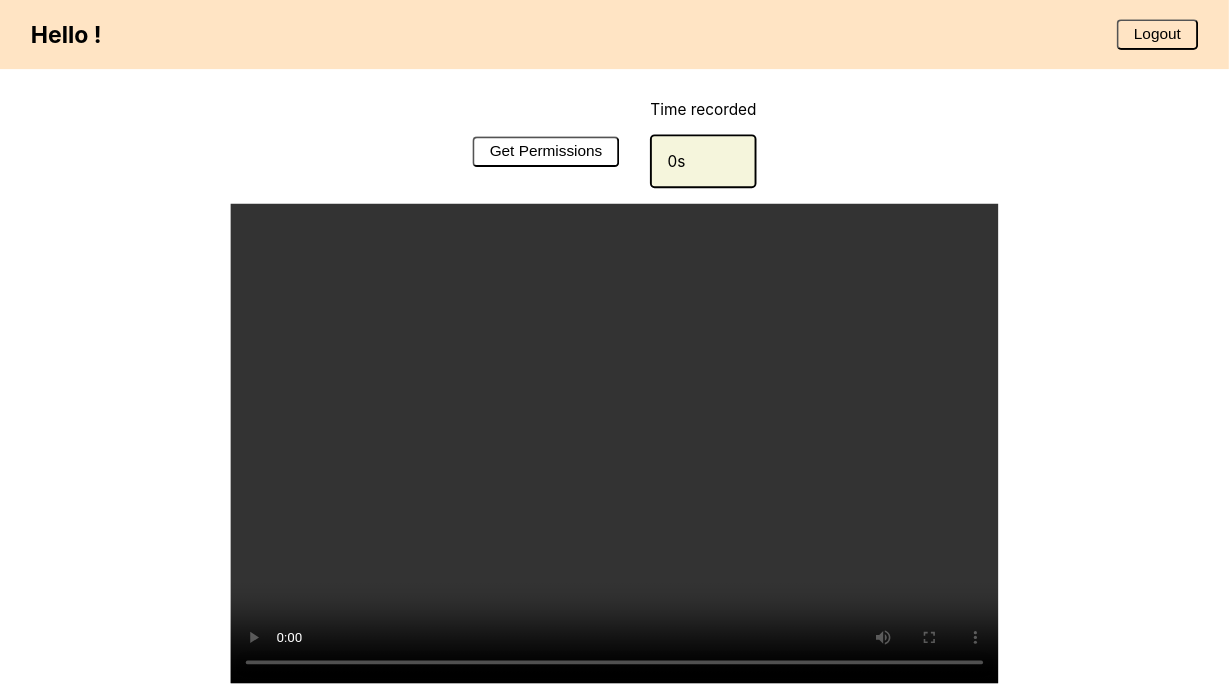
Repository: drumsmanku/test-1
Page: /recording (app in client/)
The author's editor kept a copy of each file at every save. The page is drawn from the files as they stood at one save, then again after the next save.
The browser window is 1280 px wide. The pictures show the whole page, at 96% of full size.
The project was rebuilt for these pictures with package versions that can differ from the ones it lists, and the page was loaded fresh each time. Also part of the build but not shown: client/src/App.css, client/src/Components/Login/Login.module.css, client/src/Components/Login/Login.js, client/src/Components/Register/Register.module.css, client/src/Components/Register/Register.js.

Above is the page before, as saved 2023-09-01 14:33:38.

After the next save:
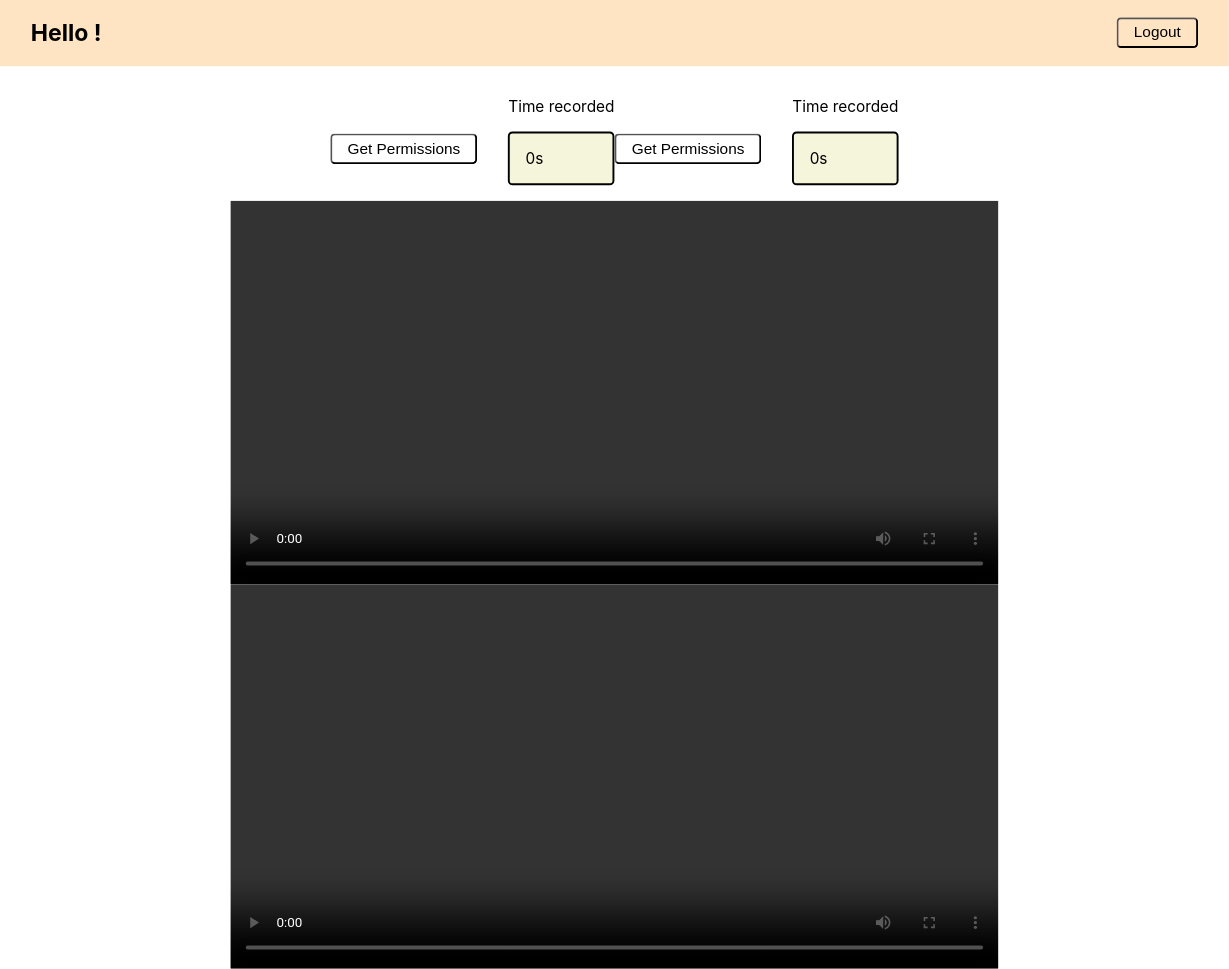
Saved 12 min 4 s later.
--- a/client/src/Components/Recording/Recording.js
+++ b/client/src/Components/Recording/Recording.js
@@ -148,10 +148,22 @@ const stopRecordingScreen = async () => {
           Time recorded
          <p style={{backgroundColor:'beige', borderRadius:'0.3rem', border:'2px solid black', padding:'1rem'}}>{progressWebcam}s</p>
         </div>
+        <button className={styles.button} onClick={handleScreenPermissions}>Get Permissions</button>
+        {startScreenButton &&
+          <div>
+            <button className={styles.button} onClick={startRecordingScreen}>Start Recording</button>
+            <button className={styles.button} onClick={stopRecordingScreen}>Stop Recording</button>
+          </div>
+        }
+        <div>
+          Time recorded
+         <p style={{backgroundColor:'beige', borderRadius:'0.3rem', border:'2px solid black', padding:'1rem'}}>{progressScreen}s</p>
+        </div>
 
       </div>
 
       <video height={500} width={800} id="videoPlayback" controls autoplay></video>
+      <video height={500} width={800} id="screenPlayback" controls autoplay></video>
 
 
     </div>
